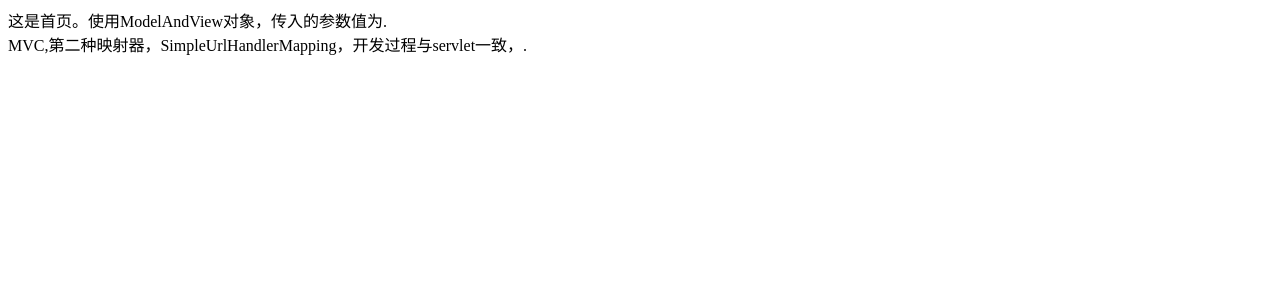
Repository: stranxxc/java_code
Page: http://localhost/SSM_03_Spring_MVC_dxc_53/
These files come from the project's save history. The page is drawn as it stood at one moment and after the next save; the edit follows.
The browser window is 1280 px wide. The pictures show the whole page.
The page is served by Tomcat 9. Other server files are loaded and not shown.

Above is the page before, as saved 2026-05-26 03:28:41.

### SSM_03_Spring_MVC_dxc_53/WebRoot/index.jsp
<%@ page language="java" import="java.util.*" pageEncoding="UTF-8"%>
<%
String path = request.getContextPath();
String basePath = request.getScheme()+"://"+request.getServerName()+":"+request.getServerPort()+path+"/";
%>

<!DOCTYPE HTML PUBLIC "-//W3C//DTD HTML 4.01 Transitional//EN">
<html>
  <head>
    <base href="<%=basePath%>">

    <title>My JSP 'index.jsp' starting page</title>
	<meta http-equiv="pragma" content="no-cache">
	<meta http-equiv="cache-control" content="no-cache">
	<meta http-equiv="expires" content="0">
	<meta http-equiv="keywords" content="keyword1,keyword2,keyword3">
	<meta http-equiv="description" content="This is my page">
	<!--
	<link rel="stylesheet" type="text/css" href="styles.css">
	-->
  </head>

  <body>
    这是首页。使用ModelAndView对象，传入的参数值为${userName}. <br>
    MVC,第二种映射器，SimpleUrlHandlerMapping，开发过程与servlet一致，${userName}.
  </body>
</html>

After the next save:
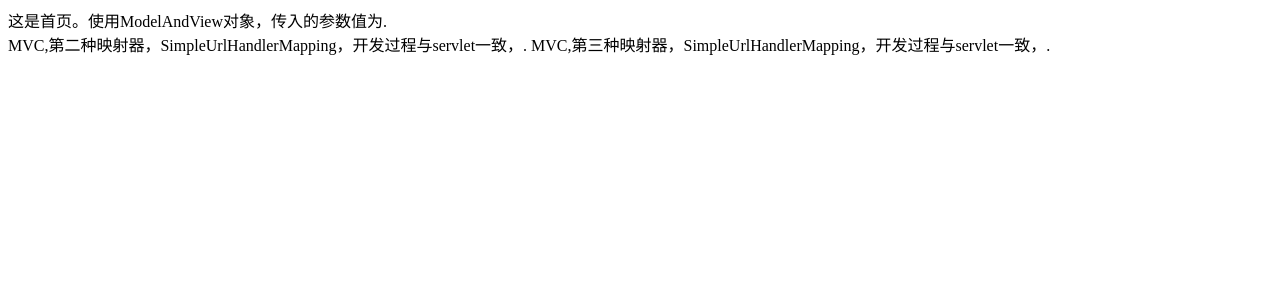
Saved 4 min 13 s later.
--- a/SSM_03_Spring_MVC_dxc_53/WebRoot/index.jsp
+++ b/SSM_03_Spring_MVC_dxc_53/WebRoot/index.jsp
@@ -23,5 +23,6 @@ String basePath = request.getScheme()+"://"+request.getServerName()+":"+request.
   <body>
     这是首页。使用ModelAndView对象，传入的参数值为${userName}. <br>
     MVC,第二种映射器，SimpleUrlHandlerMapping，开发过程与servlet一致，${userName}.
+      MVC,第三种映射器，SimpleUrlHandlerMapping，开发过程与servlet一致，${userName}.
   </body>
 </html>
